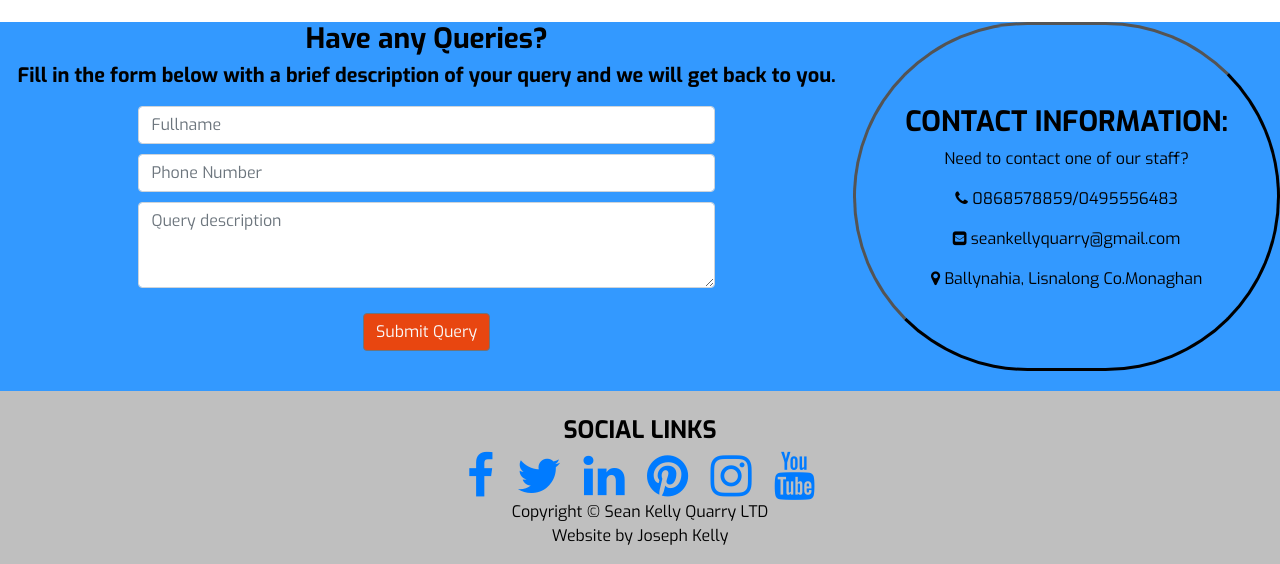
Repository: Code-Institute-Submissions/Sean-Kelly-Quarry
Page: contact.html
The author's editor kept a record of every edit. The page is drawn from the files as they stood at one moment, then again after the next edit.
The browser window is 1280 px wide. The pictures show the part of the page from y = 575 to 1159 px (the page is 1139 px tall before and 1159 px after).

Above is the page before.

### contact.html
<!DOCTYPE html>
<html lang="en">
<head>
    <meta charset="UTF-8">
    <meta name="viewport" content="width=device-width, initial-scale=1.0">
    <meta http-equiv="X-UA-Compatible" content="ie=edge">
    <link rel="stylesheet" href="https://stackpath.bootstrapcdn.com/bootstrap/4.4.1/css/bootstrap.min.css" type="text/css" />
    <link rel="stylesheet" href="https://stackpath.bootstrapcdn.com/font-awesome/4.7.0/css/font-awesome.min.css" type="text/css" />
    <link rel="stylesheet" href="assets/css/style.css" type="text/css" />
    <title>Sean Kelly Quarry</title>
</head>
<body>
    <header>                    <!-- inspired by love running mini project-->
        <a href="index.html">
            <h1 id="logo">Sean Kelly Quarry ltd</h1>
        </a>
        <section class="container-fluid">
            <nav>
                <ul id="menu">
                    <li>
                        <a class="active" href="contact.html">Contact</a>
                    </li>
                    <li>
                        <a href="product-list.html">Product List</a>
                    </li>
                    <li>
                        <a href="about.html">About Us</a>
                    </li>
                    <li>
                        <a href="index.html">Home</a>
                    </li>
                </ul>
            </nav>
        </section>
    </header>
         <section class="container-fluid">
             <div class="row mapouter">
                 <div class="col-sm gmap_canvas">
                     <iframe width="100%" height="400" id="gmap_canvas" src="https://maps.google.com/maps?q=h16%20vn88&t=&z=13&ie=UTF8&iwloc=&output=embed"></iframe>
                 </div>
             </div>
         </section>
         <section class="container-fluid">
             <div class="row contact-section">
                 <div class="col-sm-8">
                     <h3>Have any Queries?</h3>
                     <h5>Fill in the form below with a brief description of your query and we will get back to you.</h5>
                     <form class="form">
                           <input type="text" name="name" id="name" class="form-control input" placeholder="Fullname" required/>
                           <input type="number" name="number" id="phonenumber" class="form-control input" placeholder="Phone Number" required/>
                           <textarea type="textarea" rows="3" name="query" id="query" class="form-control input" placeholder="Query description"></textarea>
                           <div class="form-row text-center">
                               <div class="col">
                                   <button type="submit" class="btn btn-secondary">Submit Query</button>
                               </div>
                           </div>
                      </form>
                 </div>
                 <div class="col-sm-4 contact">
                    <h3 class="uppercase contact-info">Contact information:</h3>
                    <p class="inline-block">
                        Need to contact one of our staff?
                    </p>
                    <p><i class="fa fa-phone"></i>  0868578859/0495556483</p>
                    <p><i class="fa fa-envelope-square"></i>  seankellyquarry@gmail.com</p>
                    <p><i class="fa fa-map-marker"></i>   Ballynahia, Lisnalong Co.Monaghan</p>
                 </div>
             </div>
         </section>
    <footer class="container-fluid">                         <!-- inspired by UCD resume mini project-->
        <div id="footer-details" class="row">
            <div class="col-sm">
                <h4 class="uppercase footer-info">Social Links</h4>
                <ul class="list-inline social-links">
                    <li class="list-inline-item">
                        <a target="_blank" href="#">
                            <i class="fa fa-facebook fa-3x" aria-hidden="true"></i>
                            <span class="sr-only">Facebook</span>
                        </a>
                    </li>
                    <li class="list-inline-item">
                        <a target="_blank" href="#">
                            <i class="fa fa-twitter fa-3x" aria-hidden="true"></i>
                            <span class="sr-only">Twitter</span>
                        </a>
                    </li>
                    <li class="list-inline-item">
                        <a target="_blank" href="#">
                            <i class="fa fa-linkedin fa-3x" aria-hidden="true"></i>
                            <span class="sr-only">LinkedIn</span>
                        </a>
                    </li>
                    <li class="list-inline-item">
                        <a target="_blank" href="#">
                            <i class="fa fa-pinterest fa-3x" aria-hidden="true"></i>
                            <span class="sr-only">pinterest</span>
                        </a>
                    </li>
                    <li class="list-inline-item">
                        <a target="_blank" href="#">
                            <i class="fa fa-instagram fa-3x" aria-hidden="true"></i>
                            <span class="sr-only">Instagram</span>
                        </a>
                    </li>
                    <li class="list-inline-item">
                        <a target="_blank" href="#">
                            <i class="fa fa-youtube fa-3x" aria-hidden="true"></i>
                            <span class="sr-only">Youtube</span>
                        </a>
                    </li>
                    <p class="copyright">Copyright &#169; Sean Kelly Quarry LTD</p>
                    <p>Website by Joseph Kelly</p>
                </ul>
            </div>
        </div>
    </footer>                                    <!-- inspired by UCD resume mini project-->
</body>
</html>

### assets/css/style.css
@import url('https://fonts.googleapis.com/css?family=Exo:100,200,300,400,500,600,700|Roboto:100,200,300,400,500,600,700&display=swap');

*{
    margin: 0;
    padding: 0;
    border: 0;
}

/* ---------------------------------------------header*/

body {
    font-family: "Exo";
    color: #777777;
}


#menu a:hover {
    border-bottom: 1px solid #777777;
}

.active {
    border-bottom: 1px solid #777777;
}

/* ---------------------------------------------hero image*/

@keyframes slideshow {
	10% {left: 0;}
	20% {left: 0;}
	30% {left: 0;}
	40% {left: -100%;}
	50% {left: -100%;}
	60% {left: -100%;}
	70% {left: -200%;}
	80% {left: -200%;}
	90% {left: -200%;}
	100% {left: -200%}
}


#slider{overflow:hidden;width:100%;margin:5px auto; border: 5px solid transparent;border-radius: 10px;}
#slider figure img{width:33.33%;height:700px;float:left;}
#slider figure{position:relative;width:300%;margin:0;left:0;text-align:left;animation:20s slideshow infinite}
@media screen and (max-width: 767px) {#slider {overflow: hidden; width: 100%; margin: 0 auto;}}

/* ---------------------------------------------about/meet*/

h3, h2, h4, h5 {
    font-family: "Exo", sans-serif;
    font-weight: bold;
    text-align: center;
    color: #000000;
}

.about {
    background-color: #3399ff;
    color: #000000;
    padding-top: 10px;
    text-align: center;
    overflow: hidden;
}

.about-info {
    margin-left: 15px;
    margin-right: 15px;
    padding-bottom: 10px;
}

.our-team {
    margin-top: 10px;
    padding-bottom: 20px;
}

.team {
   margin-top: 5px;
   margin-bottom: 5px;
   font-family: "Exo", sans-serif;
}

.team-border {
    overflow: hidden;
    border: outset 2px;
    border-radius: 200px;
    padding-left: 20px;
    padding-right: 20px;
}

.meet-icon {
    margin-top: 5px;
    margin-bottom: 5px;
}

.history {
    border: outset;
    border-radius: 100px;
    border-color: #000000;
}

.who-we-are {
    border: outset;
    border-radius: 100px;
    border-color: #000000;
}

.what-we-do {
    border: outset;
    border-radius: 100px;
    border-color: #000000;
}

.heading {
    padding-top: 10px;
}


/* ---------------------------------------------footer*/

footer {
    color: #000000;
    padding-top: 25px;
    background-color: #bfbfbf;
    display: inline-block;
}

.footer-info {
    font-weight: bold;
    text-align: center;
}

.list-inline-item {
    margin-left: 10px;
    margin-right: 10px;
}

.uppercase {
    text-transform: uppercase;
}

.social-links {
    text-align: center;
}

p {
    text-align: center;
    color: #000000;
}

.copyright {
    margin-bottom: 0;
}

/* ---------------------------------------------product list/order form*/

.table {
    width: 70%;
    margin-left: auto;
    margin-right: auto;
    margin-top: 20px;
    margin-bottom: 20px;
    background-color: #3399ff;
    color: #000000;
    border-collapse: collapse;
}

table, th, td {
  border: 1px solid black;
}

.product-heading {
    margin-top: 10px;
    color: #000000;
}

.product-note {
    font-size: large;
}

.product-disclaimer {
    color: #f88037;
    text-align: center;
    padding-bottom: 20px;
}

.order-form {
    font-family: "Exo", sans-serif;
    color: #000000;
    padding-top: 20px;
    display: block;
    text-align: center;
    background-color: #4d94ff;
}

/* ---------------------------------------------contact*/


.mapouter{
    position: relative;
    text-align: center;
    height: 400px;
    width: 100%;
    margin-top: 20px;
}

.gmap_canvas {
    overflow: hidden;
    background: none!important;
    height: 400px;
    width: 60%;
    margin-left: 20%;
    margin-right: 20%;
    border: outset;
    border-color: #3399ff;;
}

.contact-info {
    font-family: "Exo", sans-serif;
    color: #000000;
    text-align: center;
    margin-top: 80px;
}

button[type="submit"] {
    margin-top: 15px;
    margin-bottom: 20px;
    color: #fafafa;
    background-color: #e84610;
}


.form {
    display: inline-block;
    margin-left: 15%;
    margin-right: 15%;
    width: 70%;
}

.input {
    margin-top: 10px;
    margin-bottom: 10px;
}

.contact-section {
    margin-top: 25px;
    background-color: #3399ff;
    padding-bottom: 20px;
}

.contact {
    border: outset;
    border-radius: 200px;
    border-color: #000000;
}

.form-section {
    padding-top: 20px;
}

/* ---------------------------------------------media queries*/

@media(min-width: 992px) {
    .center-form {
        padding-top: 30px;
        min-height: 240px;
        margin: 0 auto;
        max-width: 50%;
    }
}

After the next edit:
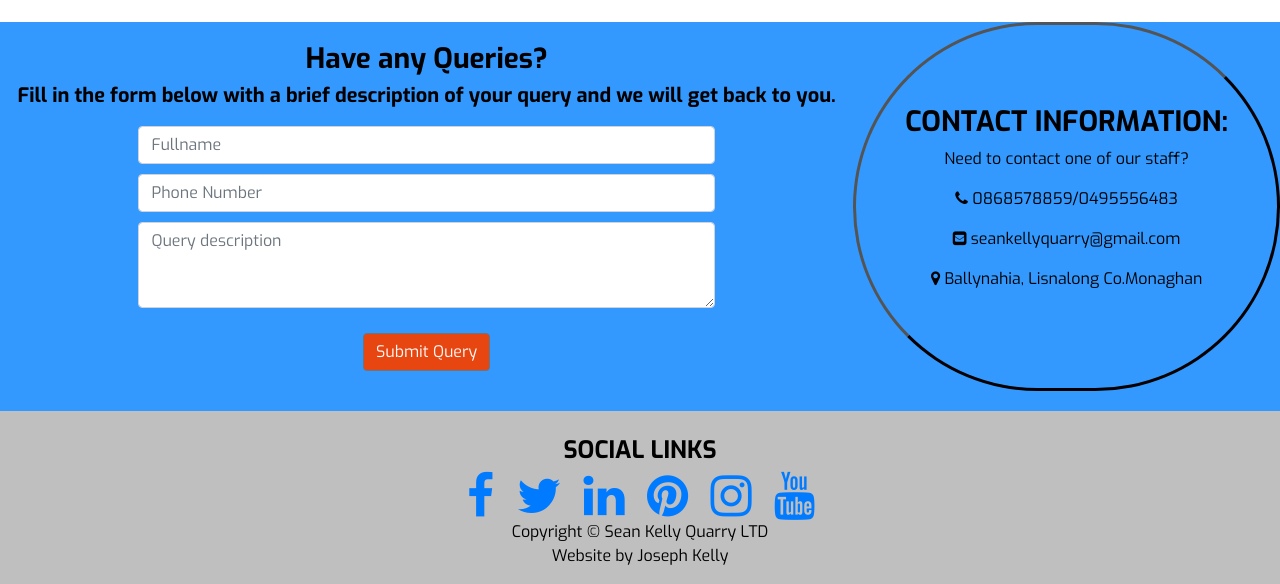
The edit:
--- a/contact.html
+++ b/contact.html
@@ -42,7 +42,7 @@
          </section>
          <section class="container-fluid">
              <div class="row contact-section">
-                 <div class="col-sm-8">
+                 <div class="col-sm-8 form-section">
                      <h3>Have any Queries?</h3>
                      <h5>Fill in the form below with a brief description of your query and we will get back to you.</h5>
                      <form class="form">
